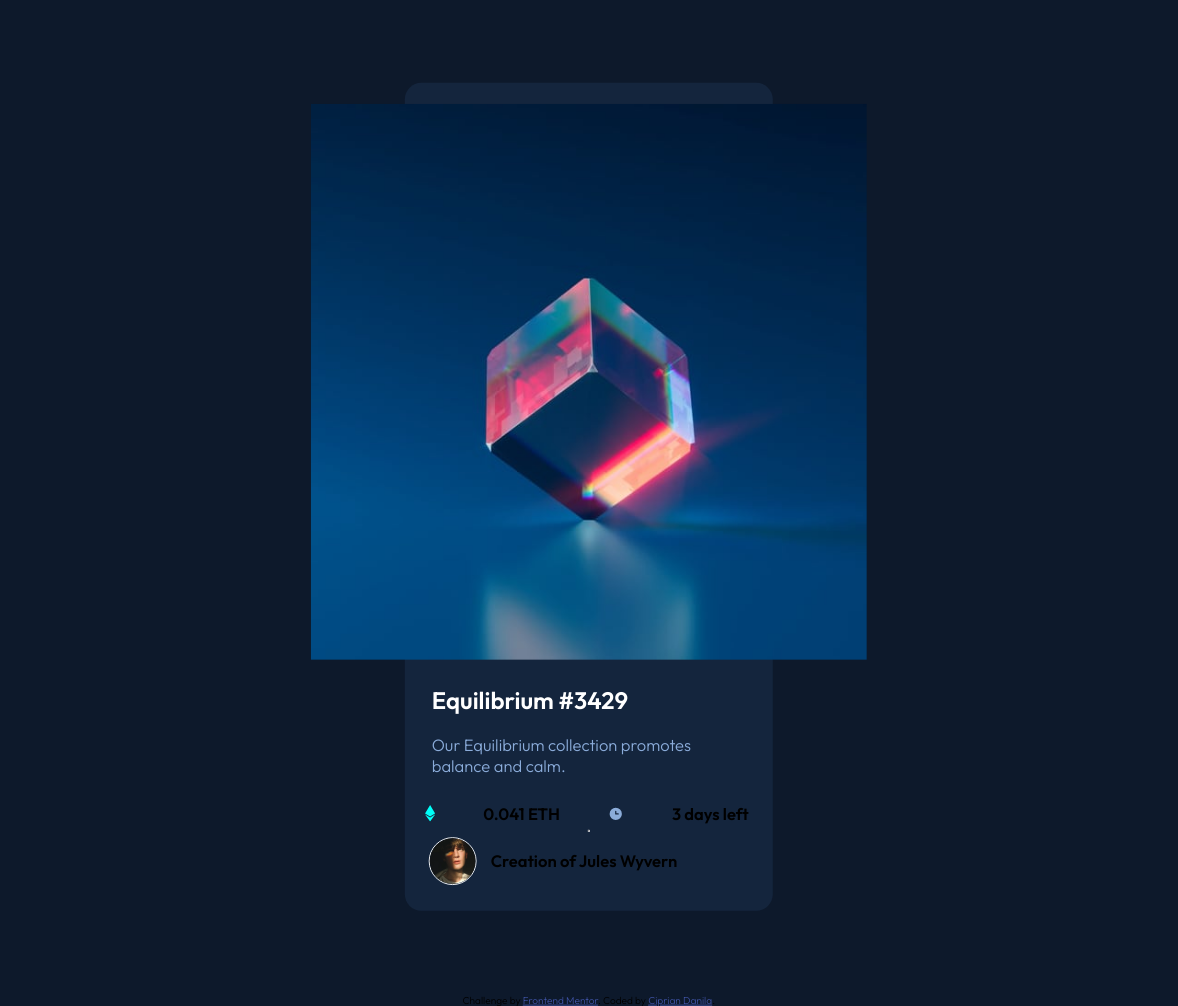
Repository: cipdanila/NFT-preview-card-component
Page: index.html
The author's editor kept a copy of each file at every save. The page is drawn from the files as they stood at one save, then again after the next save.
The browser window is 1280 px wide. The pictures show the whole page, at 92% of full size.

Above is the page before, as saved 2024-01-28 19:54:45.

After the next save:
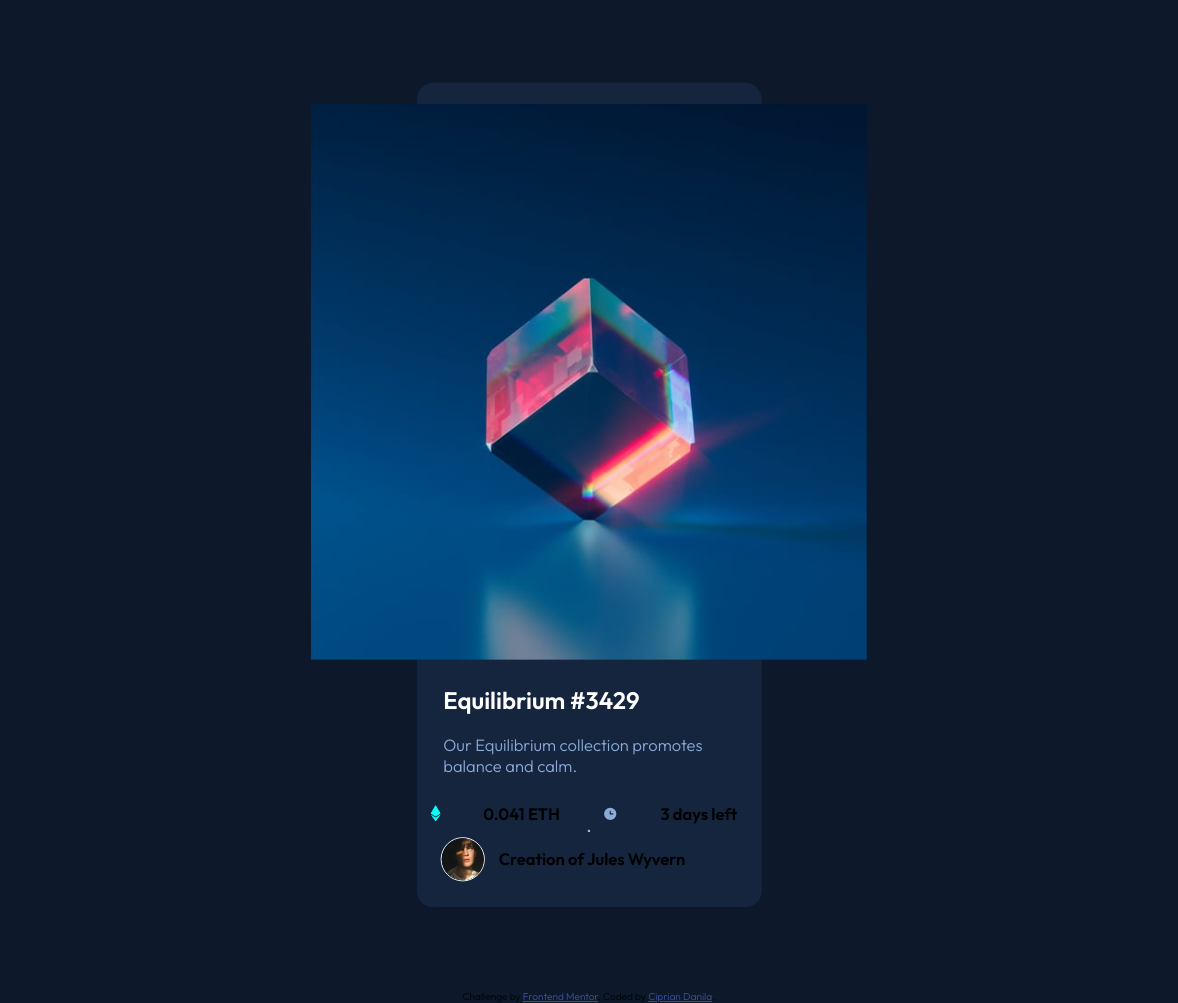
Saved 37 s later.
--- a/style.css
+++ b/style.css
@@ -28,7 +28,7 @@
 }
 
 .card {
-    max-width: 400px;
+    max-width: 375px;
     margin: 5rem auto;
     padding: 1.25rem 0.625rem;
     border-radius: 1rem;
